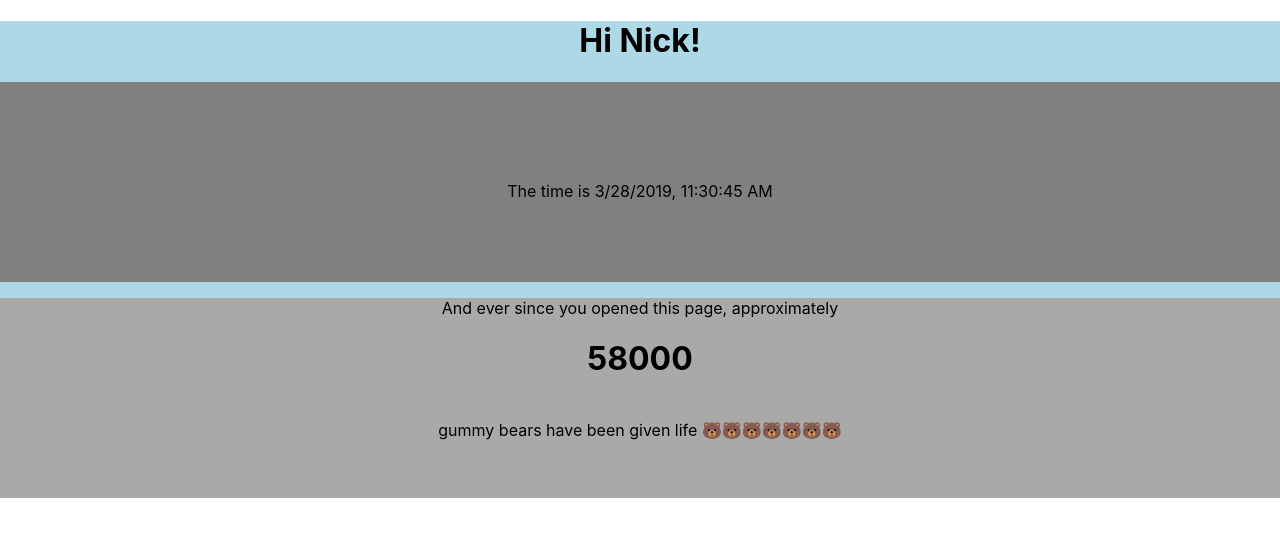
Repository: crispinonicky/gummy-facts
Page: /
An editor plug-in stored every save of this project. The page is shown before and after the next save, followed by the edit.
The browser window is 1280 px wide. The pictures show the whole page.
The project was rebuilt for these pictures with package versions that can differ from the ones it lists, and the page was loaded fresh each time.

Above is the page before, as saved 2019-03-28 14:32:15.

After the next save:
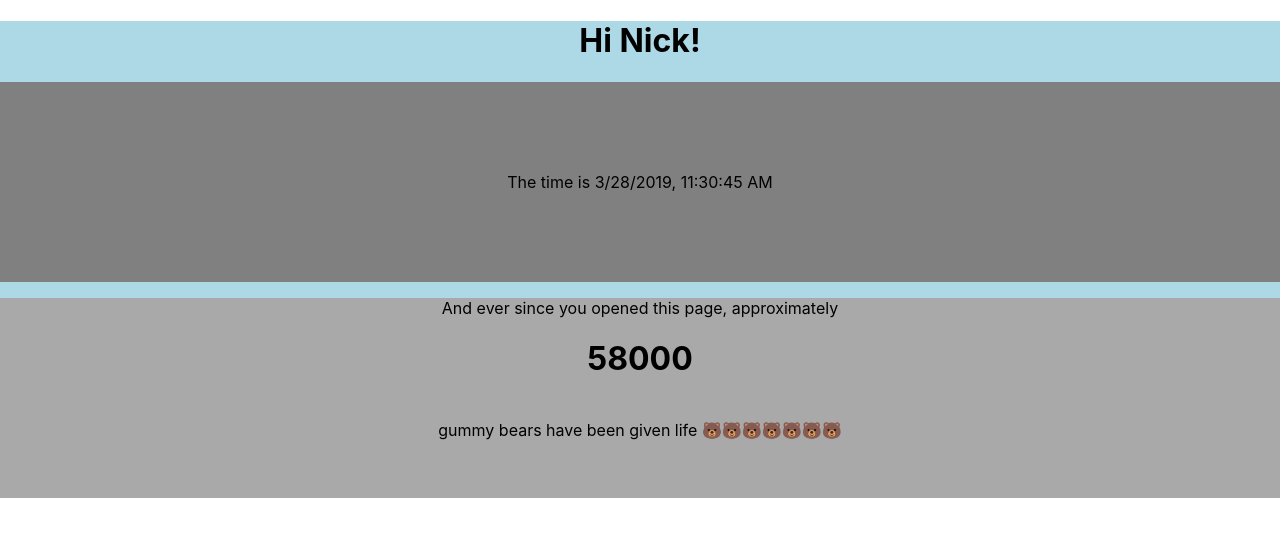
Saved 4 s later.
--- a/src/App.css
+++ b/src/App.css
@@ -11,7 +11,7 @@
 
 .Clock p {
   position: relative;
-  top: 99px;
+  top: 90px;
 }
 
 .Count {
